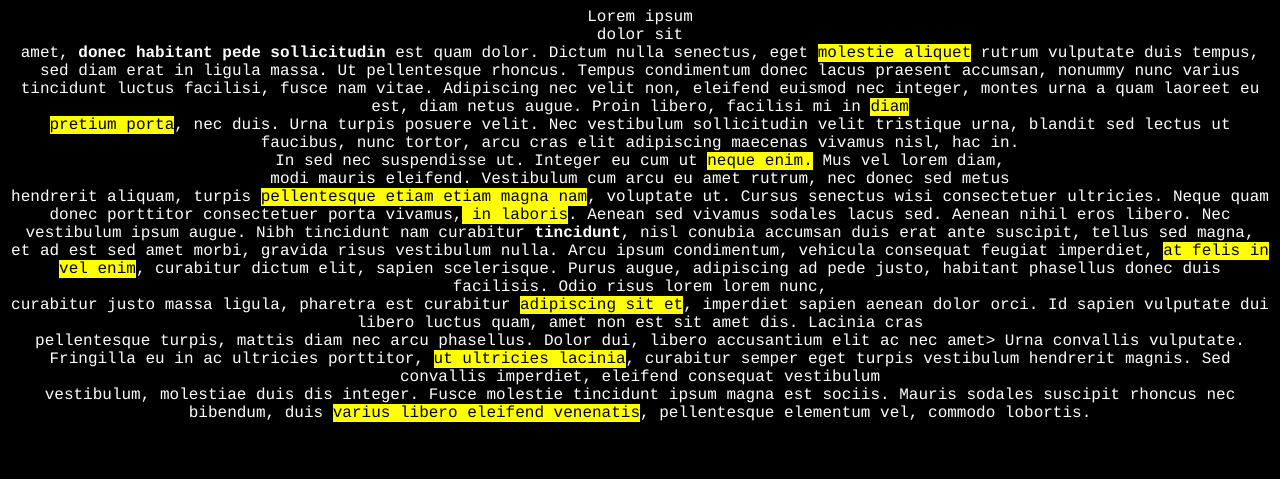
Repository: diasm568/diasm568.github.io
Page: lab/composition.html
The author's editor kept a record of every edit. The page is drawn from the files as they stood at one moment, then again after the next edit.
The browser window is 1280 px wide. The pictures show the whole page.

Above is the page before.

### lab/composition.html
<center>
<body bgcolor="black">
<font color="white">
<font face="courier" color="white">
Lorem ipsum <br> dolor sit<br> amet, <strong>donec habitant pede sollicitudin</strong> est quam dolor. Dictum nulla senectus, eget <mark>molestie aliquet</mark> rutrum vulputate duis tempus, sed diam erat in ligula massa. Ut pellentesque rhoncus. Tempus condimentum donec lacus praesent accumsan, nonummy nunc varius tincidunt luctus facilisi, fusce nam vitae. Adipiscing nec velit non, eleifend euismod nec integer, montes urna a quam laoreet eu est, diam netus augue. Proin libero, facilisi mi in <mark> diam<br> pretium porta</mark>, nec duis. Urna turpis posuere velit. Nec vestibulum sollicitudin velit tristique urna, blandit sed lectus ut faucibus, nunc tortor, arcu cras elit adipiscing maecenas vivamus nisl, hac in.<br> In sed nec suspendisse ut.
Integer eu cum ut <mark>neque enim.</mark> Mus vel lorem diam, <br>modi mauris eleifend. Vestibulum cum arcu eu amet rutrum, nec donec sed metus<br> hendrerit aliquam, turpis <mark>pellentesque etiam etiam magna nam</mark>, voluptate ut. Cursus senectus wisi consectetuer ultricies. Neque quam donec porttitor consectetuer porta vivamus,<mark> in laboris</mark>. Aenean sed vivamus sodales lacus sed. Aenean nihil eros libero. Nec vestibulum ipsum augue.
Nibh tincidunt nam curabitur <strong>tincidunt</strong>, nisl conubia accumsan duis erat ante suscipit, tellus sed magna, <br>et ad est sed amet morbi, gravida risus vestibulum nulla. Arcu ipsum condimentum, vehicula consequat feugiat imperdiet, <mark>at felis in vel enim</mark>, curabitur dictum elit, sapien scelerisque. Purus augue, adipiscing ad pede justo, habitant phasellus donec duis facilisis. Odio risus lorem lorem nunc, <br>curabitur justo massa ligula, pharetra est curabitur <mark>adipiscing sit et</mark>, imperdiet sapien aenean dolor orci. Id sapien vulputate dui libero luctus quam, amet non est sit amet dis. Lacinia cras<br> pellentesque turpis, mattis diam nec arcu phasellus. Dolor dui, libero accusantium elit ac nec amet>
Urna convallis vulputate. Fringilla eu in ac ultricies porttitor, <mark>ut ultricies lacinia</mark>, curabitur semper eget turpis vestibulum hendrerit magnis. Sed convallis imperdiet, eleifend consequat vestibulum <br>vestibulum, molestiae duis dis integer. Fusce molestie tincidunt ipsum magna est sociis. Mauris sodales suscipit rhoncus nec bibendum, duis <mark>varius libero eleifend venenatis</mark>, pellentesque elementum vel, commodo lobortis.
</font>
</body>
</center>

After the next edit:
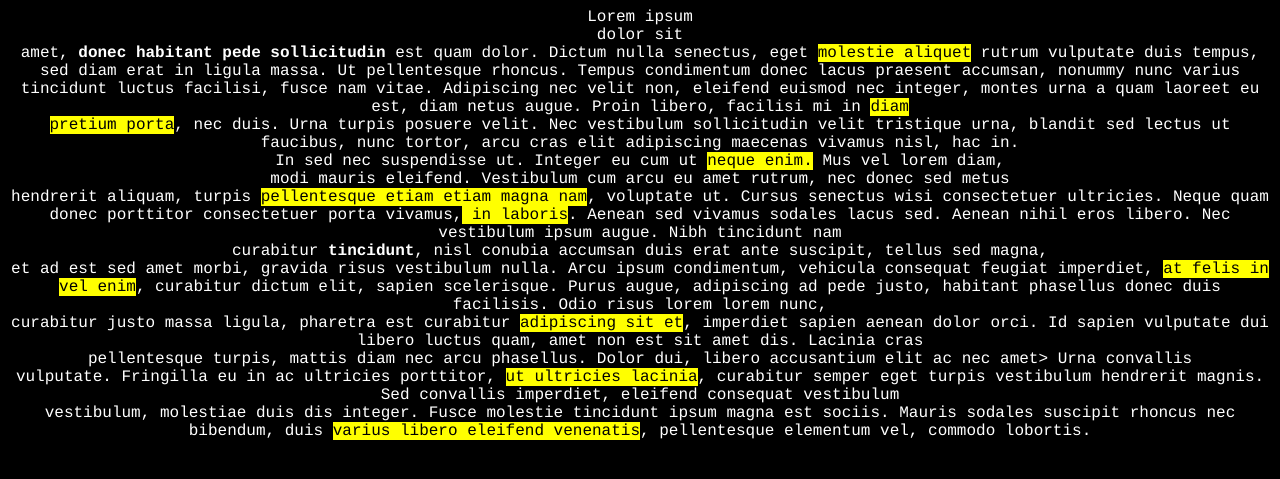
The edit:
--- a/lab/composition.html
+++ b/lab/composition.html
@@ -4,8 +4,8 @@
 <font face="courier" color="white">
 Lorem ipsum <br> dolor sit<br> amet, <strong>donec habitant pede sollicitudin</strong> est quam dolor. Dictum nulla senectus, eget <mark>molestie aliquet</mark> rutrum vulputate duis tempus, sed diam erat in ligula massa. Ut pellentesque rhoncus. Tempus condimentum donec lacus praesent accumsan, nonummy nunc varius tincidunt luctus facilisi, fusce nam vitae. Adipiscing nec velit non, eleifend euismod nec integer, montes urna a quam laoreet eu est, diam netus augue. Proin libero, facilisi mi in <mark> diam<br> pretium porta</mark>, nec duis. Urna turpis posuere velit. Nec vestibulum sollicitudin velit tristique urna, blandit sed lectus ut faucibus, nunc tortor, arcu cras elit adipiscing maecenas vivamus nisl, hac in.<br> In sed nec suspendisse ut.
 Integer eu cum ut <mark>neque enim.</mark> Mus vel lorem diam, <br>modi mauris eleifend. Vestibulum cum arcu eu amet rutrum, nec donec sed metus<br> hendrerit aliquam, turpis <mark>pellentesque etiam etiam magna nam</mark>, voluptate ut. Cursus senectus wisi consectetuer ultricies. Neque quam donec porttitor consectetuer porta vivamus,<mark> in laboris</mark>. Aenean sed vivamus sodales lacus sed. Aenean nihil eros libero. Nec vestibulum ipsum augue.
-Nibh tincidunt nam curabitur <strong>tincidunt</strong>, nisl conubia accumsan duis erat ante suscipit, tellus sed magna, <br>et ad est sed amet morbi, gravida risus vestibulum nulla. Arcu ipsum condimentum, vehicula consequat feugiat imperdiet, <mark>at felis in vel enim</mark>, curabitur dictum elit, sapien scelerisque. Purus augue, adipiscing ad pede justo, habitant phasellus donec duis facilisis. Odio risus lorem lorem nunc, <br>curabitur justo massa ligula, pharetra est curabitur <mark>adipiscing sit et</mark>, imperdiet sapien aenean dolor orci. Id sapien vulputate dui libero luctus quam, amet non est sit amet dis. Lacinia cras<br> pellentesque turpis, mattis diam nec arcu phasellus. Dolor dui, libero accusantium elit ac nec amet>
-Urna convallis vulputate. Fringilla eu in ac ultricies porttitor, <mark>ut ultricies lacinia</mark>, curabitur semper eget turpis vestibulum hendrerit magnis. Sed convallis imperdiet, eleifend consequat vestibulum <br>vestibulum, molestiae duis dis integer. Fusce molestie tincidunt ipsum magna est sociis. Mauris sodales suscipit rhoncus nec bibendum, duis <mark>varius libero eleifend venenatis</mark>, pellentesque elementum vel, commodo lobortis.
+Nibh tincidunt nam <br>curabitur <strong>tincidunt</strong>, nisl conubia accumsan duis erat ante suscipit, tellus sed magna, <br>et ad est sed amet morbi, gravida risus vestibulum nulla. Arcu ipsum condimentum, vehicula consequat feugiat imperdiet, <mark>at felis in vel enim</mark>, curabitur dictum elit, sapien scelerisque. Purus augue, adipiscing ad pede justo, habitant phasellus donec duis facilisis. Odio risus lorem lorem nunc, <br>curabitur justo massa ligula, pharetra est curabitur <mark>adipiscing sit et</mark>, imperdiet sapien aenean dolor orci. Id sapien vulputate dui libero luctus quam, amet non est sit amet dis. Lacinia cras<br> pellentesque turpis, mattis diam nec arcu phasellus. Dolor dui, libero accusantium elit ac nec amet>
+Urna convallis <br>vulputate. Fringilla eu in ac ultricies porttitor, <mark>ut ultricies lacinia</mark>, curabitur semper eget turpis vestibulum hendrerit magnis. Sed convallis imperdiet, eleifend consequat vestibulum <br>vestibulum, molestiae duis dis integer. Fusce molestie tincidunt ipsum magna est sociis. Mauris sodales suscipit rhoncus nec bibendum, duis <mark>varius libero eleifend venenatis</mark>, pellentesque elementum vel, commodo lobortis.
 </font>
 </body>
 </center>
